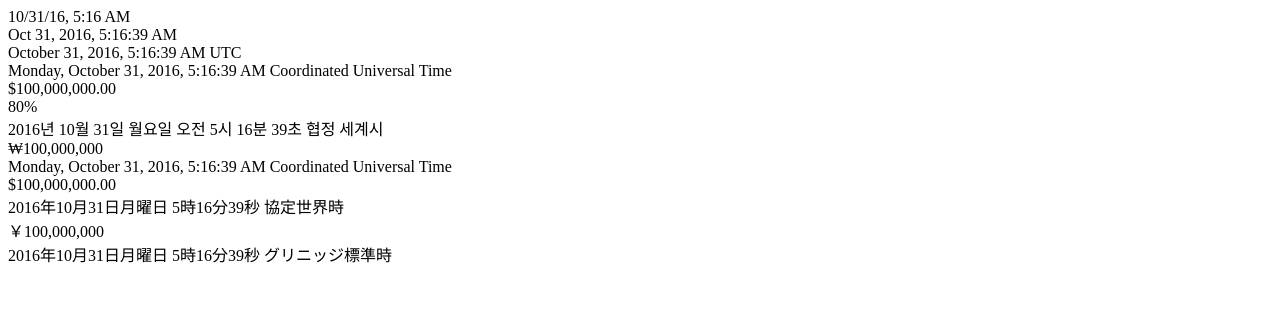
Repository: kimjaejoo/Tacademy
Page: http://localhost/MyServer/custom2.jsp
An editor plug-in stored every save of this project. The page is shown before and after the next save, followed by the edit.
The browser window is 1280 px wide. The pictures show the whole page.
The page is served by Tomcat 9. Nobody is signed in. The application's start-up code is not run.

Above is the page before, as saved 2016-11-04 04:47:40.

After the next save:
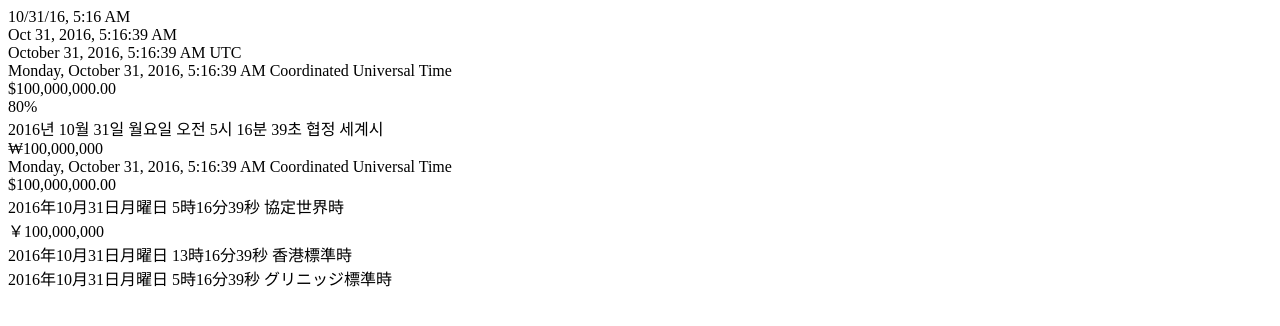
Saved 15 s later.
--- a/MyServer/WebContent/custom2.jsp
+++ b/MyServer/WebContent/custom2.jsp
@@ -29,5 +29,6 @@
 
 <!-- 시간대 -->
 <fmt:setTimeZone value="Asia/Hong_Kong"/>
+<fmt:formatDate value="${date }" type="both" dateStyle="full" timeStyle="full"/> <br />
 <fmt:setTimeZone value="USA/Sicago"/>
 <fmt:formatDate value="${date }" type="both" dateStyle="full" timeStyle="full"/> <br />
